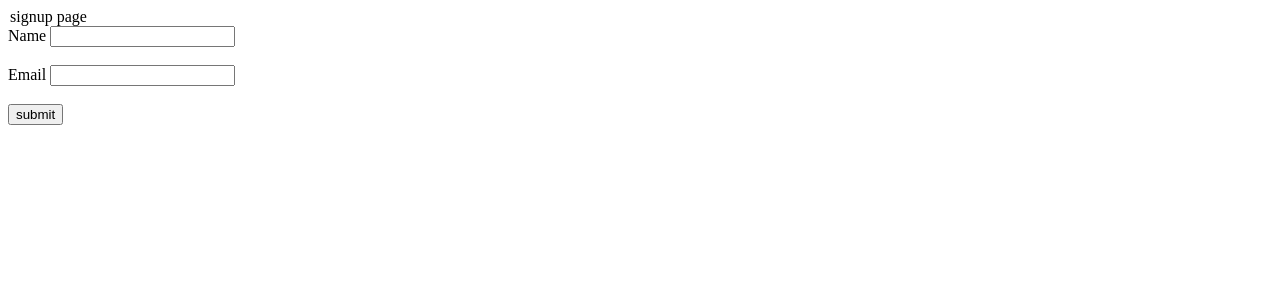
Repository: Altafalinadaf/SimpleProjects
Page: servletDemo6/src/main/webapp/index.html
The author's editor kept a copy of each file at every save. The page is drawn from the files as they stood at one save, then again after the next save.
The browser window is 1280 px wide. The pictures show the whole page.

Above is the page before, as saved 2023-10-31 05:14:43.

After the next save:
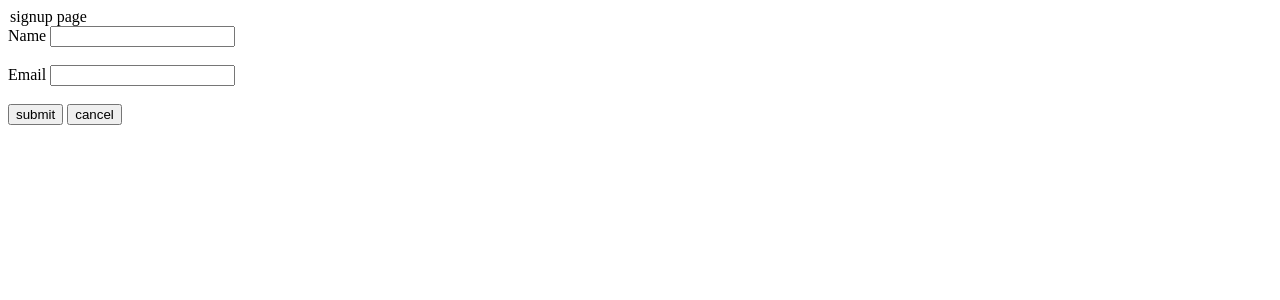
Saved 63 s later.
--- a/servletDemo6/src/main/webapp/index.html
+++ b/servletDemo6/src/main/webapp/index.html
@@ -15,6 +15,7 @@
 		<label for="email id">Email</label>
 		<input type="text" name="email" id="email id" /> <br /> <br />
 		<button>submit</button>
+		<button>cancel</button>
 
 
 </body>
